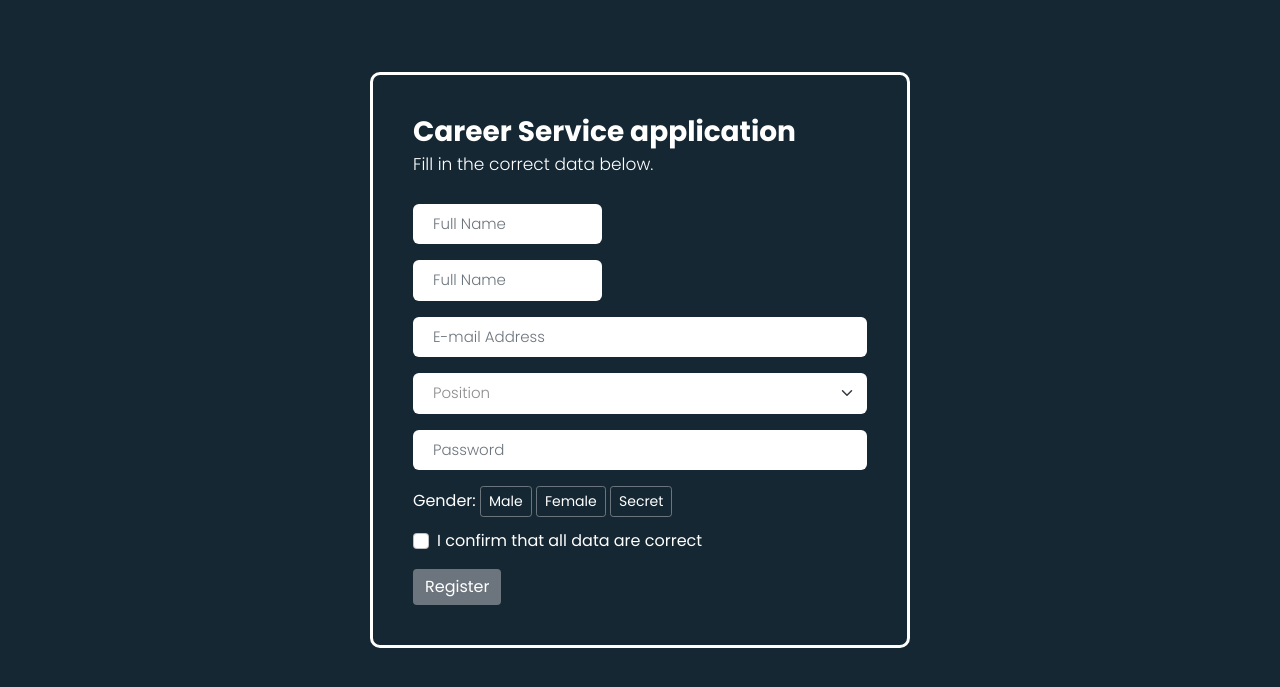
Repository: Samkiroko/form-assignment
Page: index.html
These files come from the project's save history. The page is drawn as it stood at one moment and after the next save; the edit follows.
The browser window is 1280 px wide. The pictures show the whole page.

Above is the page before, as saved 2022-12-03 18:30:00.

After the next save:
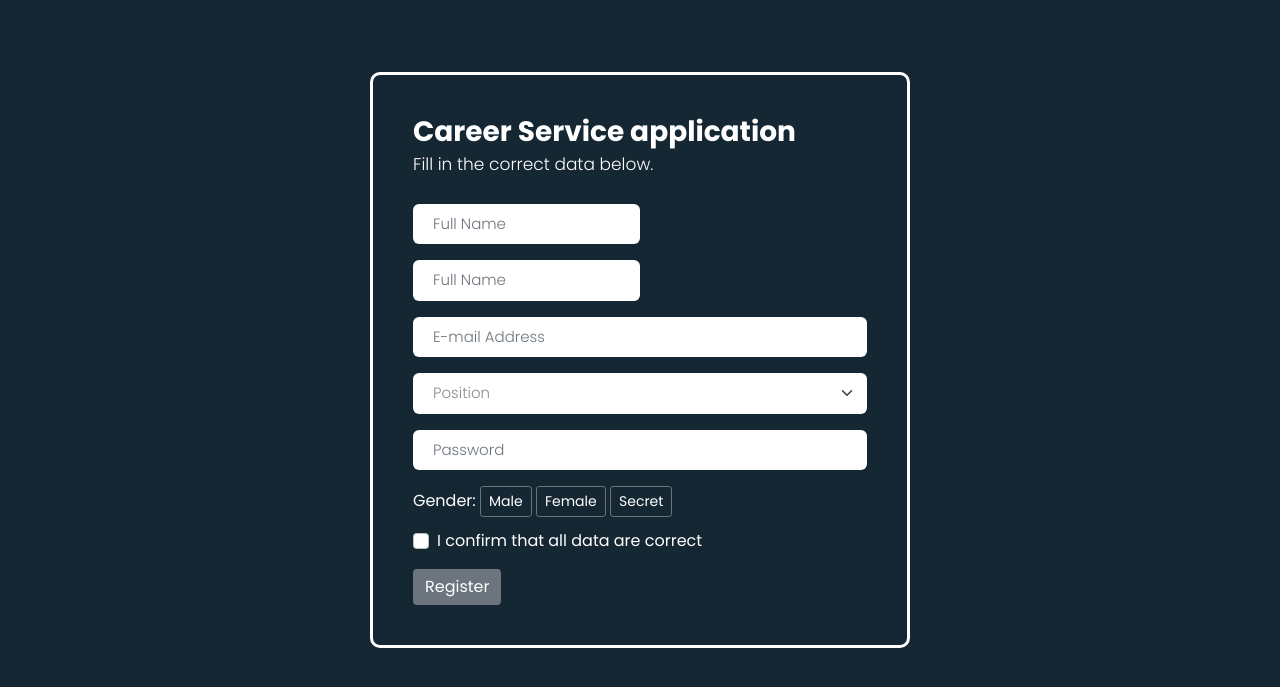
Saved 97 s later.
--- a/index.html
+++ b/index.html
@@ -17,12 +17,12 @@
                         <p>Fill in the correct data below.</p>
                         <form class="requires-validation" novalidate>
 
-                            <div class="col-md-5">
+                            <div class="col-6">
                                <input class="form-control" type="text" name="name" placeholder="Full Name" required>
                                <div class="valid-feedback">Username field is valid!</div>
                                <div class="invalid-feedback">Username field cannot be blank!</div>
                             </div>
-                            <div class="col-md-5">
+                            <div class="col-6">
                                <input class="form-control" type="text" name="name" placeholder="Full Name" required>
                                <div class="valid-feedback">Username field is valid!</div>
                                <div class="invalid-feedback">Username field cannot be blank!</div>
